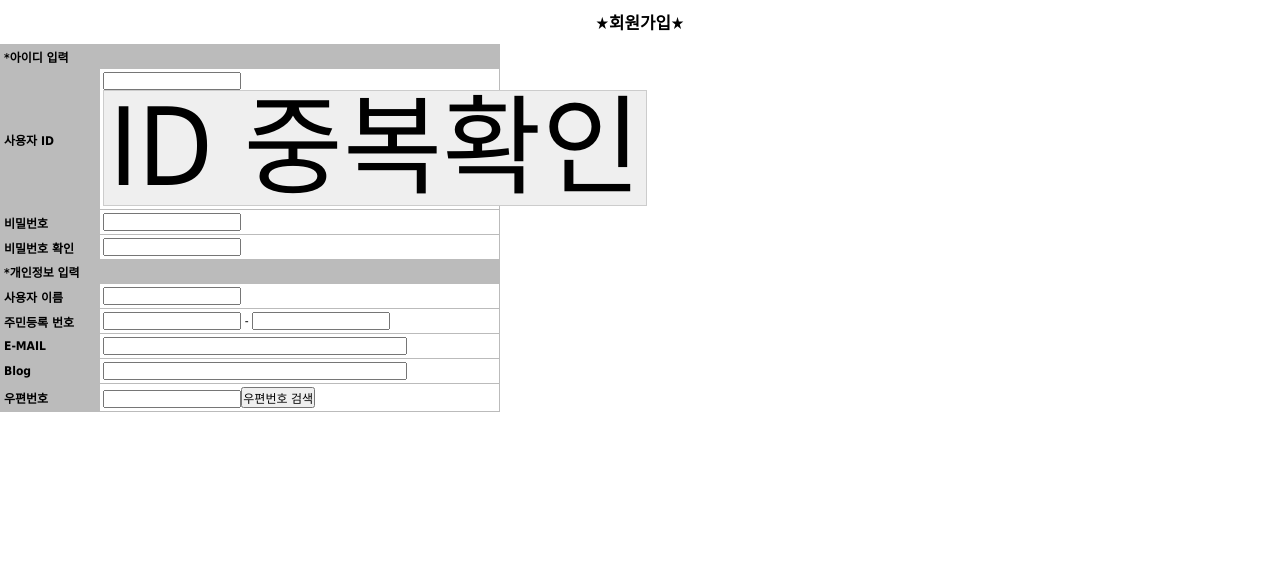
Repository: eParkjongtaek/lovedisket
Page: http://localhost/KH18_1/0904/inputForm.jsp
The author's editor kept a copy of each file at every save. The page is drawn from the files as they stood at one save, then again after the next save.
The browser window is 1280 px wide. The pictures show the whole page.
The page is served by Tomcat 9. Other server files are loaded and not shown.

Above is the page before, as saved 2017-09-04 04:24:34.

### source/KH18_1/WebContent/0904/inputForm.jsp
<%@ page language="java" contentType="text/html; charset=EUC-KR"
    pageEncoding="EUC-KR"%>
<!DOCTYPE html PUBLIC "-//W3C//DTD HTML 4.01 Transitional//EN" "http://www.w3.org/TR/html4/loose.dtd">
<html>
<head>
<meta http-equiv="Content-Type" content="text/html; charset=EUC-KR">
<title>회원가입</title>
<link href="style.css" rel="stylesheet" type="text/css" />

<script type="text/javascript">

function checkIt()
{
	var userinput = eval("document.userinput");
	if(!userinput.id.value)
	{
		alert("ID를 입력하세요!");
		return false;
	}

	if(!userinput.passwd.value)
	{
		alert("비밀번호를 입력하세요!");
		return false;
	}

	if(userinput.passwd.value != userinput.passwd2.value)
	{
		alert("비밀번호가 같아요~");
		return false;
	}

	if(!userinput.name.value)
	{
		alert("이름을 입력하세요!");
		return false;
	}

	if(!userinput.jumin1.value || !userinput.jumin2.value)
	{
		alert("주민등록번호를 입력하세요!");
		return false;
	}


}

</script>

</head>
<body>
	<form action="inputPro.jsp" name="userinput" onsubmit="return checkIt();" method="post">

		<h1>★회원가입★</h1>
		<div id="body">

			<table width="500px;">

				<colgroup>
					<col width="20%"/>
					<col width="*"/>
				</colgroup>

				<tr>
					<th colspan="2" class="subTitle">*아이디 입력</th>
				</tr>
				<tr>
					<th>사용자 ID</th>
					<td>
						<input type="text" name="id" maxlength="12" />
						<input type="button" name="confirm_id" value="ID 중복확인" class="inputBtn" onclick="javascript:openConfirmid(this.form);" />
					</td>
				</tr>
				<tr>
					<th>비밀번호</th>
					<td>
						<input type="password" name="passwd" maxlength="12" />
					</td>
				</tr>
				<tr>
					<th>비밀번호 확인</th>
					<td>
						<input type="password" name="passwd2" maxlength="12" />
					</td>
				</tr>
				<tr>
					<th colspan="2" class="subTitle">*개인정보 입력</th>
				</tr>
				<tr>
					<th>사용자 이름</th>
					<td><input type="text" name="name" maxlength="10" />
				</tr>
				<tr>
					<th>주민등록 번호</th>
					<td>
						<input type="text" name="jumin1" maxlength="6" /> -
						<input type="password" name="jumin2" maxlength="7" />
					</td>
				</tr>
				<tr>
					<th>E-MAIL</th>
					<td>
						<input type="text" name="email" class="w300" maxlength="30" />
					</td>
				</tr>
				<tr>
					<th>Blog</th>
					<td>
						<input type="text" name="blog" class="w300" maxlength="50" />
					</td>
				</tr>
				<tr>
					<th>우편번호</th>
					<td>
						<input type="text" name="zipcode" /><input type="button" value="우편번호 검색"
					</td>
				</tr>
			</table>

		</div>

	</form>
</body>
</html>

### source/KH18_1/WebContent/0904/style.css
* {padding:0;margin:0;}
html {font-family: Tahoma, Dotum, "돋움"; font-size: 0.75em; }
body {font-size:1em;text-align:left;}
#wrap {width:500px; margin:0 auto; text-align:left;}
#footer {text-align:center; padding:10px 0;}
#footer input {vertical-align:middle;}
fieldset {border:none;}
legend {display:none; visibility:hidden;}
table {table-layout: fixed; border-collapse: collapse; padding: 0; border-style:solid; border-width:1px 1px 0 1px; border-color:#bbb;}
th {text-align:left; padding:3px; border-collapse:0; border-style:solid; border-width:0 0 1px 0;border-color:#bbb; background:#bbb;}
td {text-align:left; border-collapse:0; border-style:solid; border-width:0 0 1px 0; border-color:#bbb;padding:3px;}
input {font-family:Tahoma, Dotum, "돋움"; font-size:1em;}
td span {font-size:9em; color:#cc0000;}
h1 {font-size:1.4em; text-align:center; padding:10px 0;}
.w300 {width:300px;}
.w380 {wdith:380px;}
.descB {padding:2px 0; display:block;}
th .subTitle {color:#339900; background:#fff !important; padding:8px 0 8px 5px;}
.inputBtn {border:1px solid #ccc; padding:3px 5px; line-height:1em; font-size:9em;}
#footer .inputBtn {font-size:1.2em; font-weight:bold;}

After the next save:
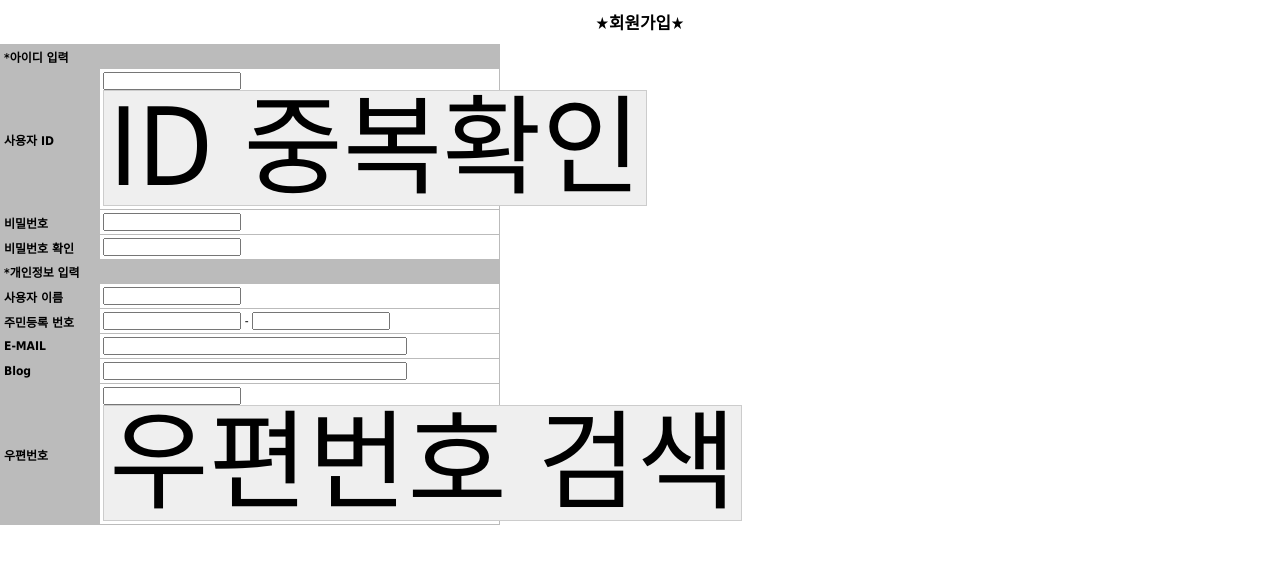
Saved 27 s later.
--- a/source/KH18_1/WebContent/0904/inputForm.jsp
+++ b/source/KH18_1/WebContent/0904/inputForm.jsp
@@ -112,7 +112,7 @@ function checkIt()
 				<tr>
 					<th>우편번호</th>
 					<td>
-						<input type="text" name="zipcode" /><input type="button" value="우편번호 검색"
+						<input type="text" name="zipcode" /><input type="button" value="우편번호 검색" class="inputBtn" onclick="javascript:zipCheck();" />
 					</td>
 				</tr>
 			</table>
